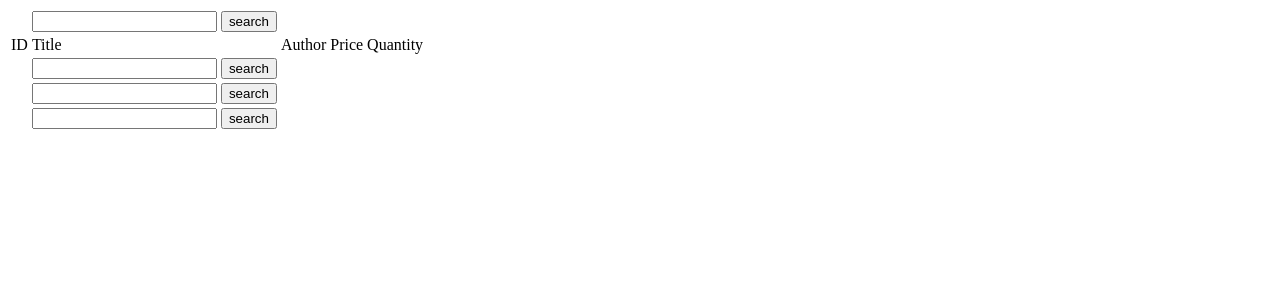
Repository: trangtruc/Java_NangCao
Page: Buoi3_LoginForm_EShop/Book/WebContent/search_clear.html
An editor plug-in stored every save of this project. The page is shown before and after the next save, followed by the edit.
The browser window is 1280 px wide. The pictures show the whole page.

Above is the page before, as saved 2017-03-08 03:24:15.

### Buoi3_LoginForm_EShop/Book/WebContent/search_clear.html
<!DOCTYPE html>
<html>
<head>
<meta charset="ISO-8859-1">
<title>Insert title here</title>
</head>
<body>
	<table>
		<tr>
			<td></td>
			<td>
				<input type="search"/>
				<input type="submit" value="search">
			</td>
		</tr>
		<tr>
			<td>ID</td>
			<td>Title</td>
			<td>Author</td>
			<td>Price</td>
			<td>Quantity</td>
		</tr>
		<tr>
			<td></td>
			<td>
				<input type="search"/>
				<input type="submit" value="search">
			</td>
		</tr>
		<tr>
			<td></td>
			<td>
				<input type="search"/>
				<input type="submit" value="search">
			</td>
		</tr>
		<tr>
			<td></td>
			<td>
				<input type="search"/>
				<input type="submit" value="search">
			</td>
		</tr>

	</table>
</body>
</html>

After the next save:
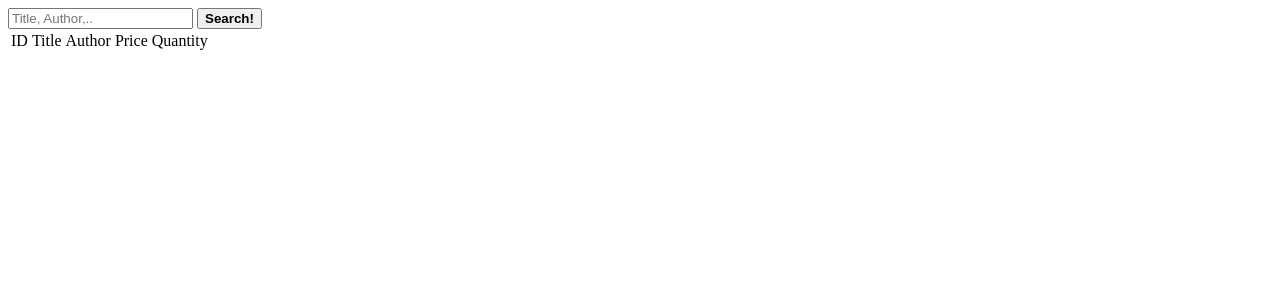
Saved 3 min 0 s later.
--- a/Buoi3_LoginForm_EShop/Book/WebContent/search_clear.html
+++ b/Buoi3_LoginForm_EShop/Book/WebContent/search_clear.html
@@ -5,14 +5,11 @@
 <title>Insert title here</title>
 </head>
 <body>
+	<form method="POST" action="">
+		<input type="text" name="search" placeholder="Title, Author,.." />
+		<button type="submit"><b>Search!</b></button>
+	</form>
 	<table>
-		<tr>
-			<td></td>
-			<td>
-				<input type="search"/>
-				<input type="submit" value="search">
-			</td>
-		</tr>
 		<tr>
 			<td>ID</td>
 			<td>Title</td>
@@ -20,27 +17,7 @@
 			<td>Price</td>
 			<td>Quantity</td>
 		</tr>
-		<tr>
-			<td></td>
-			<td>
-				<input type="search"/>
-				<input type="submit" value="search">
-			</td>
-		</tr>
-		<tr>
-			<td></td>
-			<td>
-				<input type="search"/>
-				<input type="submit" value="search">
-			</td>
-		</tr>
-		<tr>
-			<td></td>
-			<td>
-				<input type="search"/>
-				<input type="submit" value="search">
-			</td>
-		</tr>
+
 
 	</table>
 </body>
